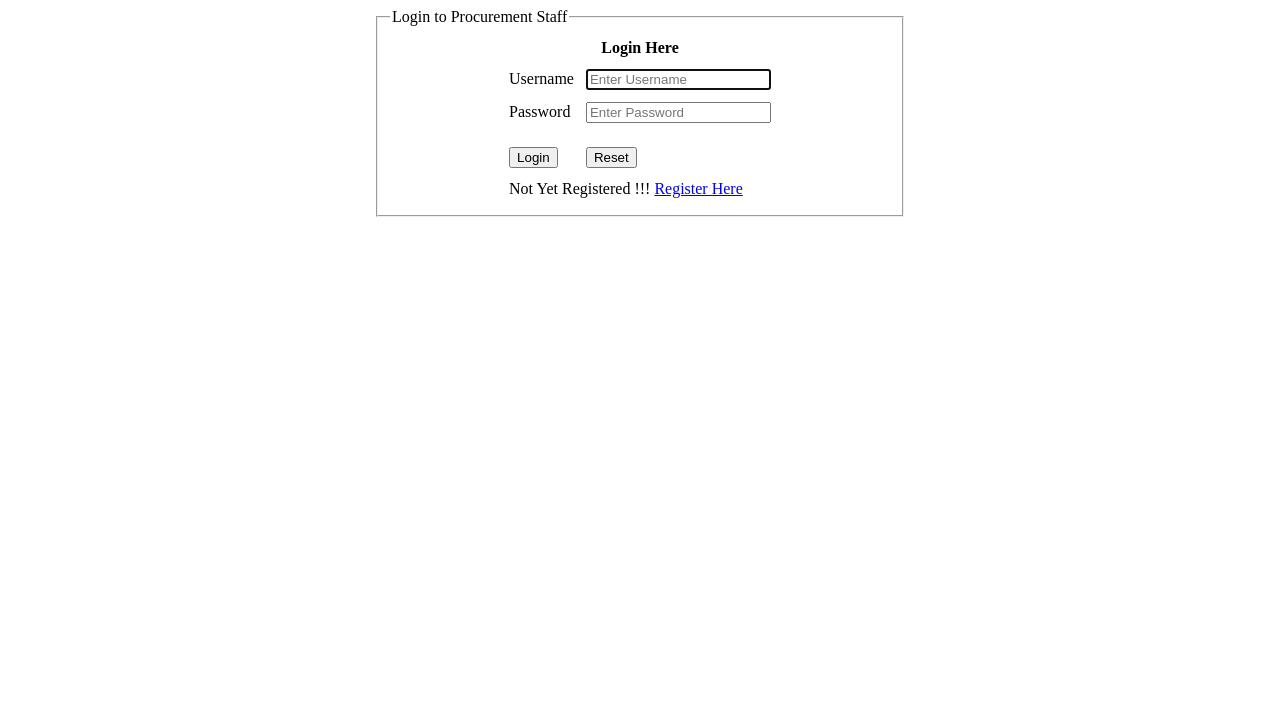
Repository: nirmaniPathiranage/CSSE-Procurement-Management
Page: http://localhost/Item_Management/Login.jsp
These files come from the project's save history. The page is drawn as it stood at one moment and after the next save; the edit follows.
The browser window is 1280 px wide. The pictures show the whole page.
The page is served by Tomcat 9. Other server files are loaded and not shown.

Above is the page before, as saved 2019-09-29 17:37:33.

### Item_Management/WebContent/Login.jsp
<%@ page language="java" contentType="text/html; charset=ISO-8859-1"
	pageEncoding="ISO-8859-1"%>
<!DOCTYPE html PUBLIC "-//W3C//DTD HTML 4.01 Transitional//EN" "http://www.w3.org/TR/html4/loose.dtd">
<html>
<head>
<meta http-equiv="Content-Type" content="text/html; charset=ISO-8859-1">
<title>Login Application</title>
<script>
	function validate() {
		var username = document.form.username.value;
		var password = document.form.password.value;

		if (username == null || username == "") {
			alert("Username cannot be blank");
			return false;
		} else if (password == null || password == "") {
			alert("Password cannot be blank");
			return false;
		}
	}
</script>
</head>
<body>
<form name="form" action="LoginServlet" method="post"
		onSubmit="return validate();">
		<center>
			<fieldset style="width: 500px">
				<legend> Login to Procurement Staff</legend>
				<table border="0" width="50%" cellpadding="5">
					<tr>
						<th colspan="2">Login Here</th>
					</tr>
					<tbody>
						<tr>
							<td>Username</td>
							<td><input type="text" name="username" value="" autofocus
								placeholder="Enter Username" autocomplete="off" required /></td>
						</tr>
						<tr>
							<td>Password</td>
							<td><input type="password" name="password" value=""
								placeholder="Enter Password" autocomplete="off" required /></td>
						</tr>
						<tr>
							<td><span style="color: red"><%=(request.getAttribute("errMessage") == null) ? "" : request.getAttribute("errMessage")%></span></td>
						</tr>
						<tr>
							<td><input type="submit" value="Login"></input></td>
							<td><input type="reset" value="Reset"></input></td>
						</tr>
						<tr>
							<td colspan="2">Not Yet Registered !!! <a
								href="Register.jsp">Register Here</a></td>
						</tr>
					</tbody>
				</table>
			</fieldset>
		</center>
	</form>
</body>
</html>

After the next save:
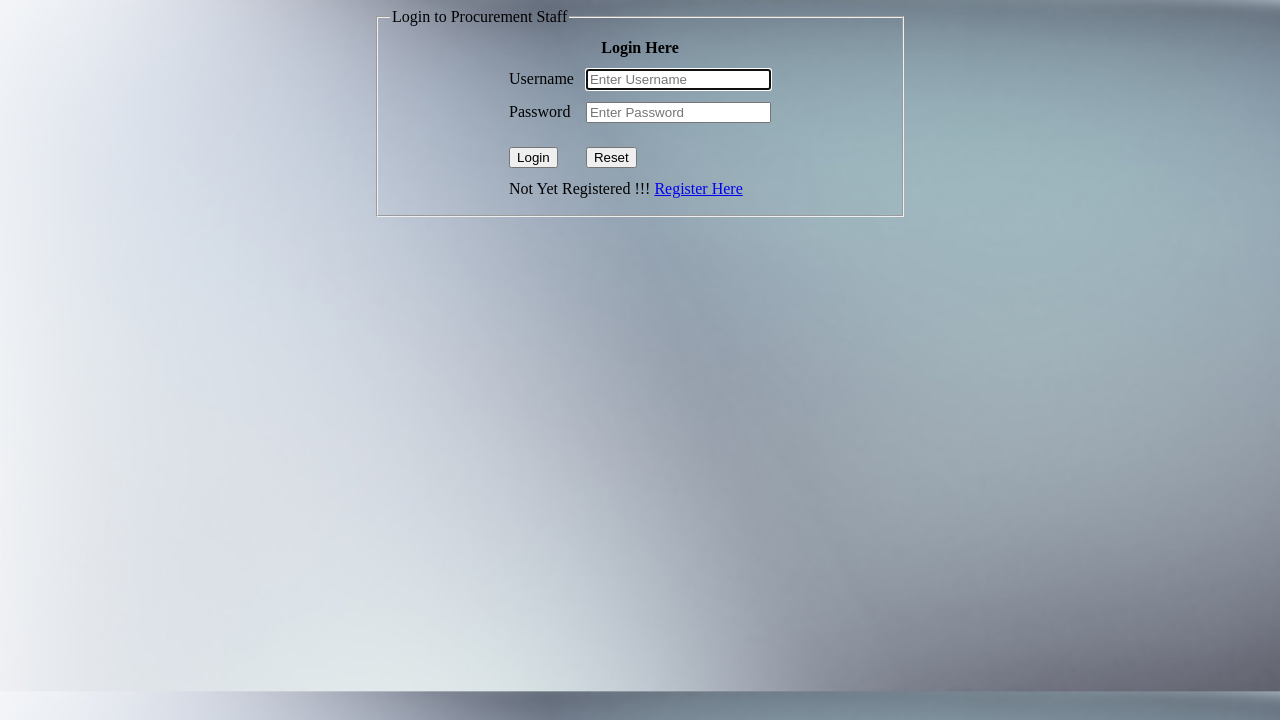
Saved 104 s later.
--- a/Item_Management/WebContent/Login.jsp
+++ b/Item_Management/WebContent/Login.jsp
@@ -5,6 +5,13 @@
 <head>
 <meta http-equiv="Content-Type" content="text/html; charset=ISO-8859-1">
 <title>Login Application</title>
+<style>
+body{
+
+	background:url('bg1.jpg');
+	background-size: cover;
+}
+</style>
 <script>
 	function validate() {
 		var username = document.form.username.value;
